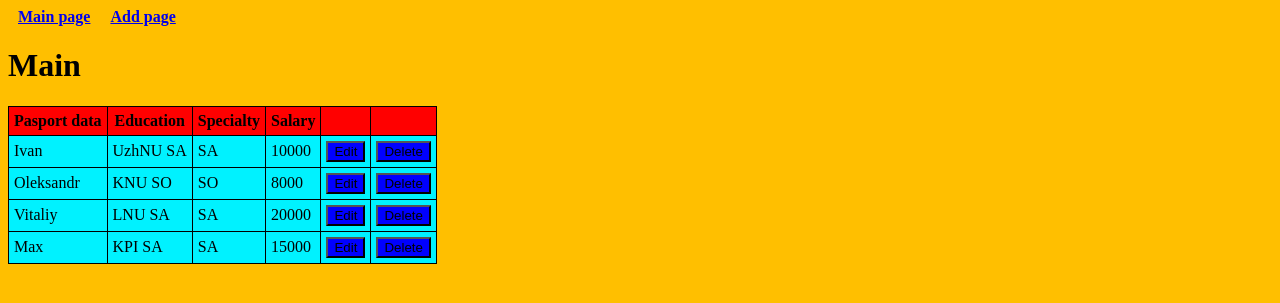
Repository: Alan-Melnychenko/vue
Page: / (app in Project/)
These files come from the project's save history. The page is drawn as it stood at one moment and after the next save; the edit follows.
The browser window is 1280 px wide. The pictures show the whole page.
The project was rebuilt for these pictures with package versions that can differ from the ones it lists, and the page was loaded fresh each time. Also part of the build but not shown: Project/vue.config.js, Project/src/pages/Add/index.vue, Project/src/pages/Edit/index.vue.

Above is the page before, as saved 2022-11-08 23:27:09.

After the next save:
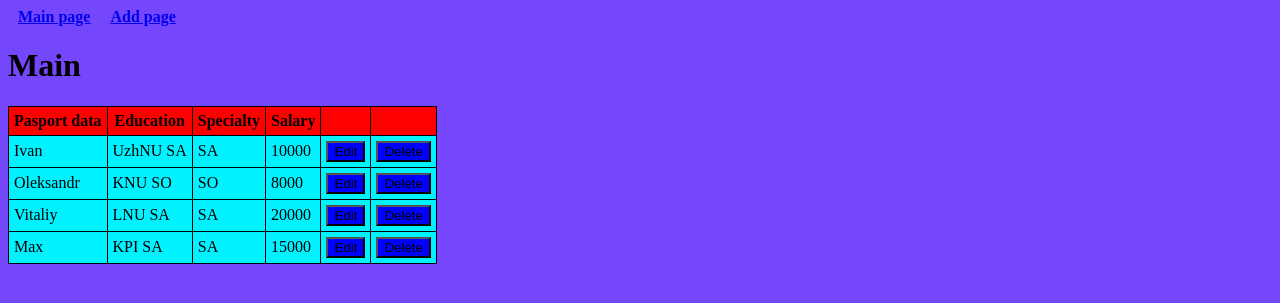
Saved 43 s later.
--- a/Project/src/App.vue
+++ b/Project/src/App.vue
@@ -24,7 +24,7 @@ table {
   background-color: rgb(0, 242, 255);
 }
 body {
-  background-color: rgb(255, 191, 0);
+  background-color: rgb(116, 70, 252);
 }
 .link {
   margin: 10px;
